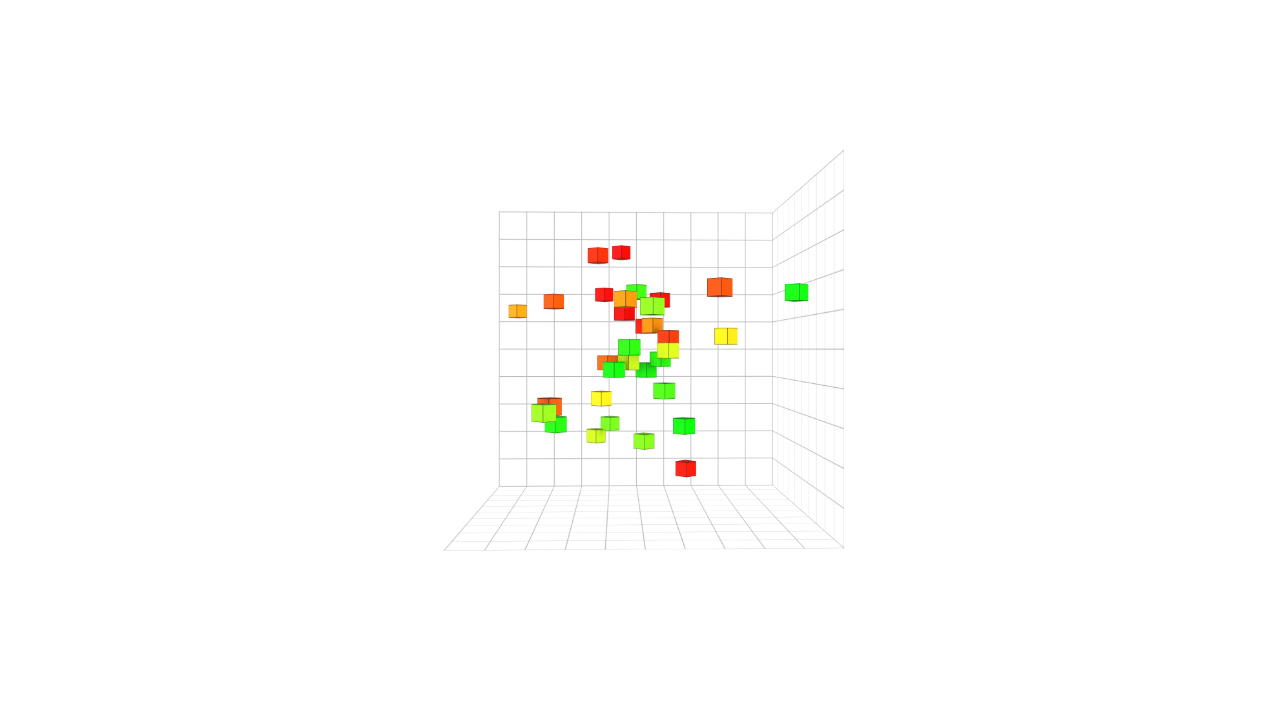
Repository: ceeskaan/ceeskaan.github.io
Page: index.html
An editor plug-in stored every save of this project. The page is shown before and after the next save, followed by the edit.
The browser window is 1280 px wide. The pictures show the window.
A layer covers the whole window, so only the first screen is drawn. Some web libraries are served in a nearby version.

Above is the page before, as saved 2022-02-09 20:38:05.
Console error (its wording comes from the project's code and is left out).

### index.html
<!DOCTYPE html>
<html>
    <head>
        <title>Crispy AI</title>
        <meta charset="utf-8" />
        <meta name="description" content="" />
        <meta name="viewport" content="width=device-width, initial-scale=1" />
        <link rel="stylesheet" href="common/main.css" />
        <script src="http://ajax.googleapis.com/ajax/libs/jquery/1.8.3/jquery.min.js"></script>
        <link rel = "icon" href =
        "icon.png"
        type = "image/x-icon">
    </head>
    <body>
        <div id="content">
            <section class="canvas-container" id="canvas-container">
                <input
                    name="frames-url"
                    type="hidden"
                    value="videos/frames/image{{id}}.jpg"
                    data-frame-start="596"
                    data-frame-end="719"
                    data-frame-id-padding="3"
                />
            </section>
        </div>
        <script>
        $(document).mousemove(function(e) {
            var percent = e.clientX / $(window).width();
           $('body, html').scrollTop($(document).height() * percent/1.283);
        });</script>
        <script src="common/utils.js"></script>
        <script src="common/scroll-observable.js"></script>
        <script src="common/canvas-frame-scrubber.js"></script>
        <script src="assets/frame-unpacker.js"></script>
        <script src="assets/main.js"></script>
    </body>
</html>

### common/main.css
html,
body {
    margin: 0;
    padding: 0 10px;
    font-family: -apple-system, BlinkMacSystemFont, 'Segoe UI', Roboto, Oxygen, Ubuntu, Cantarell, 'Open Sans',
        'Helvetica Neue', sans-serif;
    height: 3000px;
    background: rgb(255, 255, 255);
    color: #eee;
    overflow: hidden; /* Hide scrollbars */
}

* {
    margin: 0;
    padding: 0;
 }


html.home,
body.home {
    height: 100%;
}

a {
    color: #33a8ff;
}

#content {
    position: fixed;
    max-width: calc(100% - 20px);
}

.video-container,
.canvas-container {
    max-width: calc(100% - 20px);
    max-height: 80vh;
    height: auto;
}

.canvas {
    width: 100%;
    height: auto;
}

.cursor-loading {
    cursor: progress;
}

### common/utils.js
// Logging
const logContainer = document.getElementById('comments');
const log = text => {
    if (logContainer) {
        logContainer.innerHTML += text + '\n';
    } else {
        console.log(text);
    }
};

// Loading indicator
const startProgress = () => {
    document.documentElement.classList.add('cursor-loading');
};

const stopProgress = () => {
    document.documentElement.classList.remove('cursor-loading');
};

// average over an array
const average = arr => {
    return (arr.reduce((a, b) => a + b, 0) / arr.length).toFixed(2);
};

// promise with timeout
const withTimeout = async (promise, timeout) => {
    return new Promise(async (resolve, reject) => {
        setTimeout(() => {
            reject(`Promise ${promise} timed out at ${timeout}ms`);
        }, timeout);

        await promise;
        resolve(promise);
    });
};

### common/scroll-observable.js
function ScrollObservable() {
    this._observers = [];

    // using RAF as a petty debounce
    let inProgress = false;
    const handler = () => {
        if (inProgress) return;
        inProgress = true;

        window.requestAnimationFrame(() => {
            this._process();

            inProgress = false;
        });
    };

    window.addEventListener('scroll', handler);
}

ScrollObservable.prototype._process = function() {
    const viewportHeight = document.documentElement.clientHeight;
    const documentHeight = document.body.clientHeight;
    const scrolled = Math.max(
        window.scrollY,
        window.pageYOffset,
        document.documentElement.scrollTop,
        document.body.scrollTop
    );

    const scrolledPercentage = Math.round((100 * (100 * scrolled)) / (documentHeight - viewportHeight)) / 100;

    this.publish(scrolledPercentage);
};

ScrollObservable.prototype.subscribe = function(observer) {
    this._observers.push(observer);
};

ScrollObservable.prototype.publish = function(value) {
    this._observers.forEach(observer => {
        observer.next(value);
    });
};

### common/canvas-frame-scrubber.js
const CanvasFrameScrubber = (() => {
    const create = (context, frames) => {
        let currentFrame = 0;

        const observer = {
            next: percentage => {
                const frameIndex = Math.floor((percentage * (frames.length - 1)) / 100);

                if (currentFrame === frameIndex) return;

                window.requestAnimationFrame(() => {
                    context.drawImage(frames[frameIndex], 0, 0);
                });
            }
        };

        return observer;
    };

    return {
        create: create
    };
})();

### assets/frame-unpacker.js
const FrameUnpacker = (() => {
    const unpack = async options => {
        const urlPattern = options.urlPattern,
            start = options.start,
            end = options.end,
            padding = options.padding;

        const bitmaps = [];
        const calls = [];

        const timeStart = performance.now();

        // download each frame image and prep it up
        for (let index = start; index <= end; index++) {
            const id = index.toString().padStart(padding, '0');
            const url = urlPattern.replace('{{id}}', id);

            calls.push(
                fetch(url).then(res =>
                    res
                        .blob()
                        .then(blob =>
                            createImageBitmap(blob).then(bitmap => bitmaps.push({ id: index, bitmap: bitmap }))
                        )
                )
            );
        }

        // wait for all the downloads to finish... (a more eager implementation that starts putting
        // the scrubbing as soon as the first few frames are downloaded can also be done, but we'll
        // keep thing s simple for now)
        await Promise.all(calls);

        // sort the downloaded frame bitmaps in order, they could have been downloaded haphazardly
        bitmaps.sort((a, b) => {
            return a.id - b.id;
        });

        // once that's done, construct an array of just frames that would be returned
        const frames = [];
        bitmaps.map(bitmap => frames.push(bitmap.bitmap));

        const timeDelta = performance.now() - timeStart;
        log(`Average extraction time per frame: ${timeDelta / (end - start)}ms`);

        return frames;
    };

    return {
        unpack: unpack
    };
})();

### assets/main.js
(async () => {
    startProgress();

    const videoContainer = document.querySelector('#canvas-container');
    const framesUrlElement = document.querySelector('input[name="frames-url"]');
    if (!videoContainer || !framesUrlElement) {
        throw new Error('Element missing!');
    }

    const framesUrlPattern = framesUrlElement.value;
    const framesUrlStart = parseInt(framesUrlElement.dataset.frameStart, 10);
    const framesUrlEnd = parseInt(framesUrlElement.dataset.frameEnd, 10);
    const framesIdPadding = parseInt(framesUrlElement.dataset.frameIdPadding, 10);

    log(`Initializing frames download...`);

    log(`Please be patient. Downloaing ${framesUrlEnd} frames...`);

    const startTime = Date.now();

    const frames = await FrameUnpacker.unpack({
        urlPattern: framesUrlPattern,
        start: framesUrlStart,
        end: framesUrlEnd,
        padding: framesIdPadding
    });

    const endTime = Date.now();

    log(`Took ${(endTime - startTime) / 1000} seconds.`);

    log('Painting canvas with first frame...');

    const canvas = document.createElement('canvas');
    canvas.classList.add('canvas');
    canvas.height = frames[0].height;
    canvas.width = frames[0].width;
    const context = canvas.getContext('2d');
    context.drawImage(frames[0], 0, 0);

    videoContainer.appendChild(canvas);

    log('Setting up scrubber...');

    const observer = CanvasFrameScrubber.create(context, frames);

    const observable = new ScrollObservable();
    observable.subscribe(observer);

    log('Ready! Scroll to scrub.');

    stopProgress();
})();

After the next save:
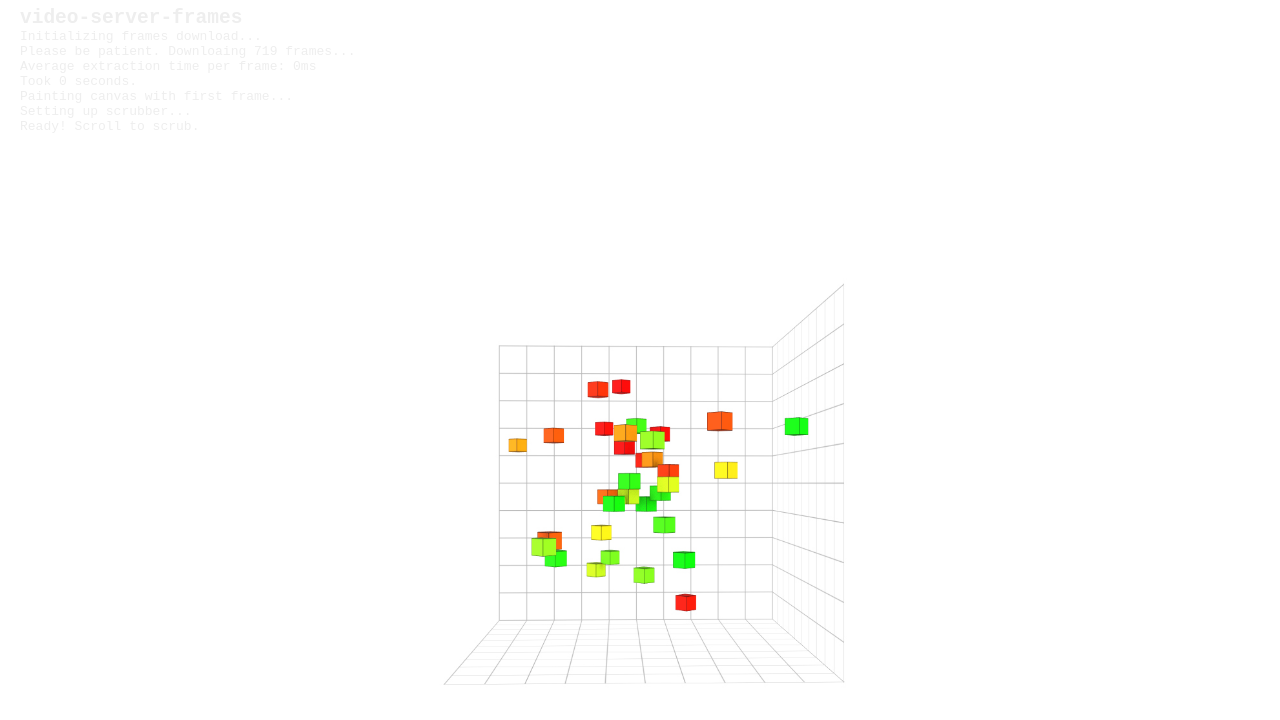
Saved 11 min 25 s later.
--- a/index.html
+++ b/index.html
@@ -12,6 +12,12 @@
         type = "image/x-icon">
     </head>
     <body>
+        <h2>
+            <code>video-server-frames</code>
+        </h2>
+        <section>
+            <pre id="comments"></pre>
+        </section>
         <div id="content">
             <section class="canvas-container" id="canvas-container">
                 <input
